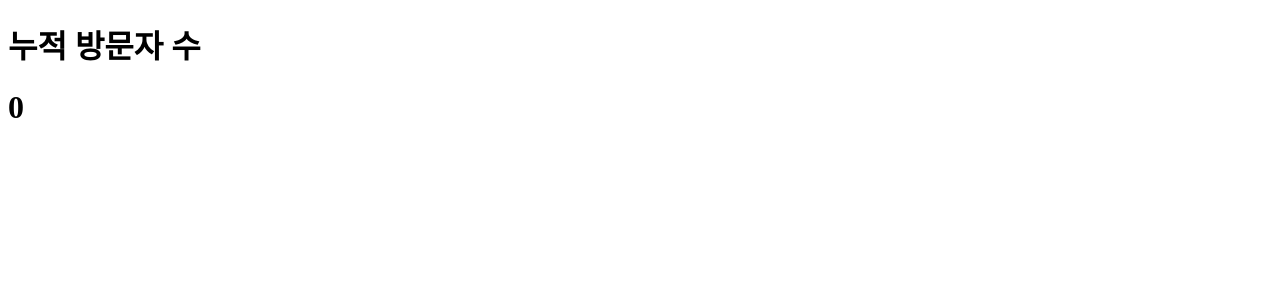
Repository: leejonggwon/Amora-Project
Page: http://localhost/Scope/ex09_visit.jsp
The author's editor kept a copy of each file at every save. The page is drawn from the files as they stood at one save, then again after the next save.
The browser window is 1280 px wide. The pictures show the whole page.
The page is served by Tomcat 9.

Above is the page before, as saved 2023-07-27 00:23:06.

After the next save:
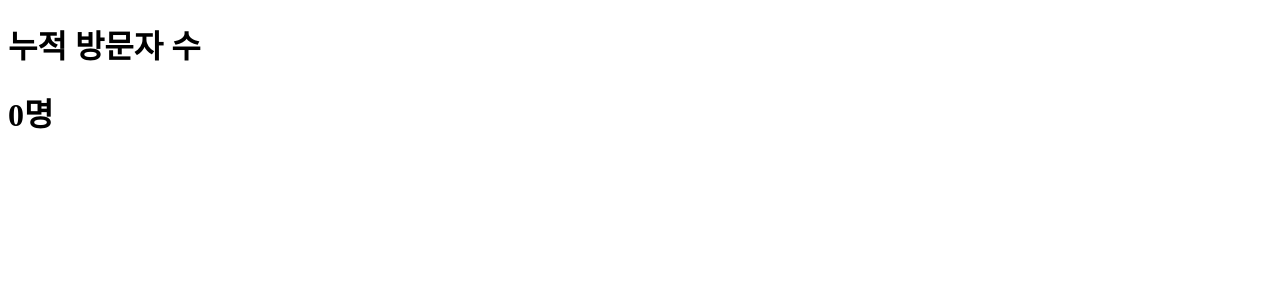
Saved 101 s later.
--- a/04.Server/Scope/src/main/webapp/ex09_visit.jsp
+++ b/04.Server/Scope/src/main/webapp/ex09_visit.jsp
@@ -20,7 +20,7 @@
 		}
 	%>
 
-	<h1><%=visit %></h1>
+	<h1><%=visit %>명</h1>
 
 </body>
 </html>
